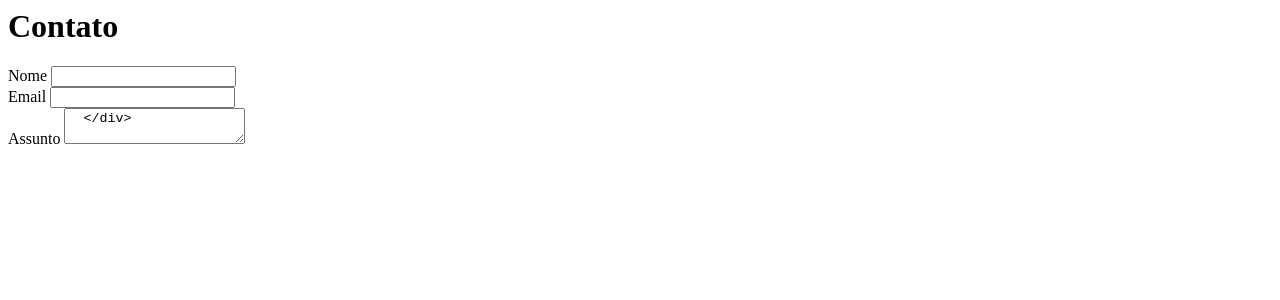
Repository: BrunoCesarAngst/poo
Page: aula04/views/form.html
These files come from the project's save history. The page is drawn as it stood at one moment and after the next save; the edit follows.
The browser window is 1280 px wide. The pictures show the whole page.

Above is the page before, as saved 2020-08-22 19:25:24.

### aula04/views/form.html
<h1>Contato</h1>

<form type="submit">
  <div class="form-group">
    <label for="">Nome</label>
    <input id="name" type="text" class="form-control">
  </div>

  <div class="form-group">
    <label for="">Email</label>
    <input id="email" type="email" class="form-control">
  </div>

  <div class="form-group">
    <label for="">Assunto</label>
    <textarea id="assunto" type="text" class="form-control">
  </div>

  <button class="btn btn-primary btn-success"type="submit">Enviar</button>
</form>

After the next save:
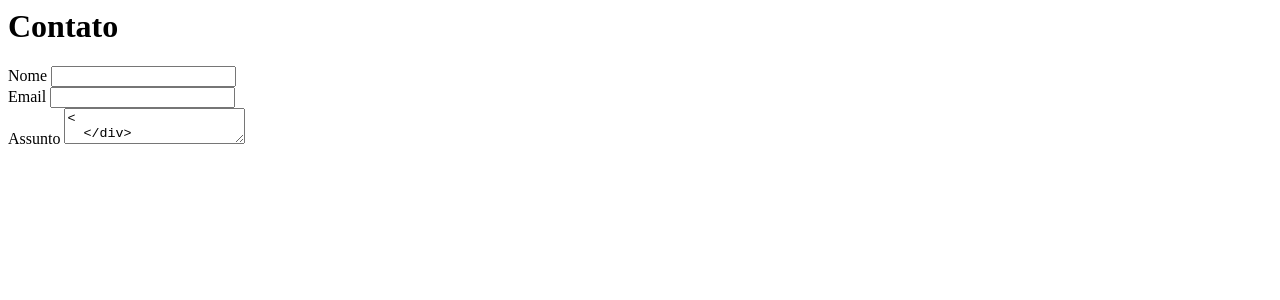
Saved 8 s later.
--- a/aula04/views/form.html
+++ b/aula04/views/form.html
@@ -13,7 +13,7 @@
 
   <div class="form-group">
     <label for="">Assunto</label>
-    <textarea id="assunto" type="text" class="form-control">
+    <textarea id="assunto" type="text" class="form-control"><
   </div>
 
   <button class="btn btn-primary btn-success"type="submit">Enviar</button>
